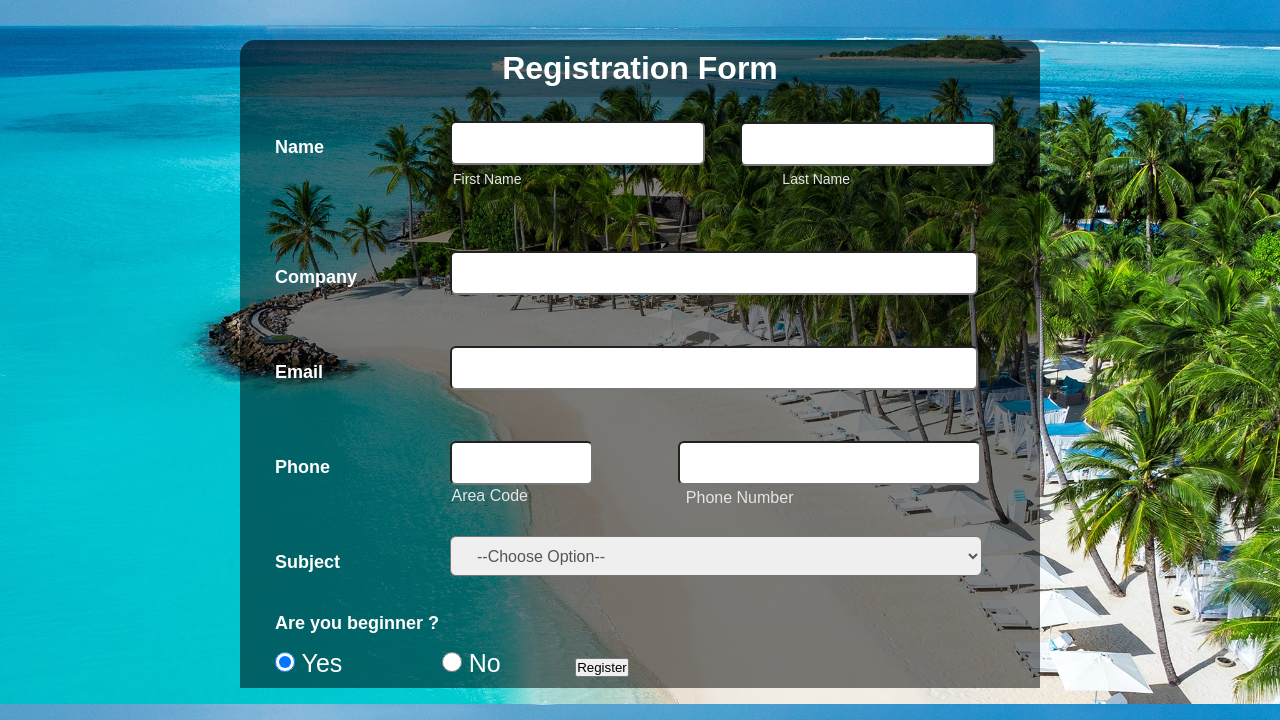
Repository: sudeepa88/Registration-Form
Page: registration.html
The author's editor kept a copy of each file at every save. The page is drawn from the files as they stood at one save, then again after the next save.
The browser window is 1280 px wide. The pictures show the whole page.

Above is the page before, as saved 2022-01-11 23:55:52.

### registration.html
<!DOCTYPE html>
<html lang="en">
<head>
    <meta charset="UTF-8">
    <meta http-equiv="X-UA-Compatible" content="IE=edge">
    <meta name="viewport" content="width=device-width, initial-scale=1.0">
    <title>Document</title>
    <style type="text/css">
        *{
            margin:0;
            padding:0;
        }
       body{
           background-image: url(img/beach.jpeg);
           background-position: center;
           background-size: cover;
           font-family: sans-serif;
           margin-top: 40px;
       }
       .regform{
           width: 800px;
           background-color: rgb(0,0,0,0.6);
           margin:auto;
           color: #FFFFFF;
           padding: 10px 0px 10px 0px;
           text-align:  center;
           border-radius: 15px 15px 0px 0px;

       }
    .main{
        background-color: rgb(0,0,0,0.5);
        width:800px;
        margin: auto;

    }
    form{
        padding:10px;

    }
   #name{
       width: 100%;
       height: 100px;
   }
   .name{
       margin-left: 25px;
       margin-top: 30px;
       width: 125px;
       color: #FFFFFF;
       font-size: 18px;
       font-weight: 700;
   }
   .firstname{
       position: relative;
       left:200px;
       top:-37px;
       line-height: 40px;
       border-radius: 6px;
       padding: 0 22px;
       font-size: 16px;
   }
   .lastname{
       position:relative;
       left:417px;
       top:-80px;
       line-height: 40px;
       border-radius: 6px;
       padding:0 22px;
       font-size:16px;
       color:#555;
   }
   .firstlabel{
       position: relative;
       color: #E5E5E5;
       text-transform: capitalize;
       font-size: 14px;
       left:203px;
       top: -45px;
   }
   .lastlabel{
    position: relative;
       color: #E5E5E5;
       text-transform: capitalize;
       font-size: 14px;
       left:200px;
       top: -45px;
   }
   .company{
       position: relative;
       left: 200px;
       top:-37px;
       line-height: 40px;
       width: 480px;
       border-radius: 6px;
       padding: 0 22px;
       font-size: 16px;
       color:#555;
   }
   .email{
    position: relative;
       left: 200px;
       top:-37px;
       line-height: 40px;
       width: 480px;
       border-radius: 6px;
       padding: 0 22px;
       font-size: 16px;
       color:#555;

   }
   .code{
    position: relative;
       left: 200px;
       top:-37px;
       line-height: 40px;
       width: 95px;
       border-radius: 6px;
       padding: 0 22px;
       font-size: 16px;
       color:#555;

   }
   .number{
    position: relative;
       left: 200px;
       top:-37px;
       line-height: 40px;
       width: 255px;
       border-radius: 6px;
       padding: 0 22px;
       font-size: 16px;
       color:#555;
   }
   .area-code{
       position: relative;
       color: #E5E5E5;
       text-transform: capitalize;
       font-size: 16px;
       left:54px;
       top:-4px;
   }
   .phone-number{
    position: relative;
       color: #E5E5E5;
       text-transform: capitalize;
       font-size: 16px;
       left:-100px;
       top:-2px;
   }
   .option{
    position: relative;
       left: 200px;
       top:-37px;
       line-height: 40px;
       width: 532px;
       height: 40px;
       border-radius: 6px;
       padding: 0 22px;
       font-size: 16px;
       color:#555;
       outline: none;
       overflow: hidden;
   }
   .option option{
       font-size: 20px;
   }
   #student{
       margin-left:25px;
       color:white;
       font-size: 18px;
   }
   .radio{
       display: inline-block;
       padding-right: 70px;
       font-size: 25px;
       margin-left: 25px;
       margin-top: 15px;
       color: white;
   }
   .radio input{
       width: 20px;
       height: 20px;
       border-radius: 50%;
       cursor: pointer;
       outline: none;
   }
   button{

   }
    </style>
</head>
<body>
    <div class="regform"><h1>Registration Form </h1></div>

    <div class="main">
        <form>
             <div id="name">
                 <h2 class="name">Name</h2>
                 <input class ="firstname" type="rext" name="first_name"><br>
                 <label class="firstlabel">first name</label>
                 <input class="lastname" type="text" name="last_name">
                 <label class="lastlabel">last name</label>


             </div>
             <h2 class="name">Company</h2>
             <input class="company" type="text" name="company">

             <h2 class="name">Email</h2>
             <input class="email" type="text" name="email">

             <h2 class="name">Phone</h2>
             <input class="code" type="text" name="area_code">
             <label class="area-code">Area Code </label>
             <input class="number" type="text" name="phone">
             <label class="phone-number">Phone Number</label>

             <h2 class="name">Subject</h2>
             <select class="option" name="subject">
                 <option disabled="disabled" selected="selected">--Choose Option--</option>

                 <option>Subject 1</option>
                 <option>Subject 2</option>
                 <option>Subject 3</option>
                 <option>Subject 4</option>
             </select>
             <h2 id="student">Are you beginner ? </h2>
             <label class="radio">
                 <input class="radio-one" type="radio" checked="checked" name="">
                 <span class="checkmark"></span>
                 Yes
             </label>


             <label class="radio">
                <input class="radio-two" type="radio"  name="">
                <span class="checkmark"></span>
                No
            </label>

            <button type="submit">Register</button>
        </form>
    </div>
</body>
</html>

After the next save:
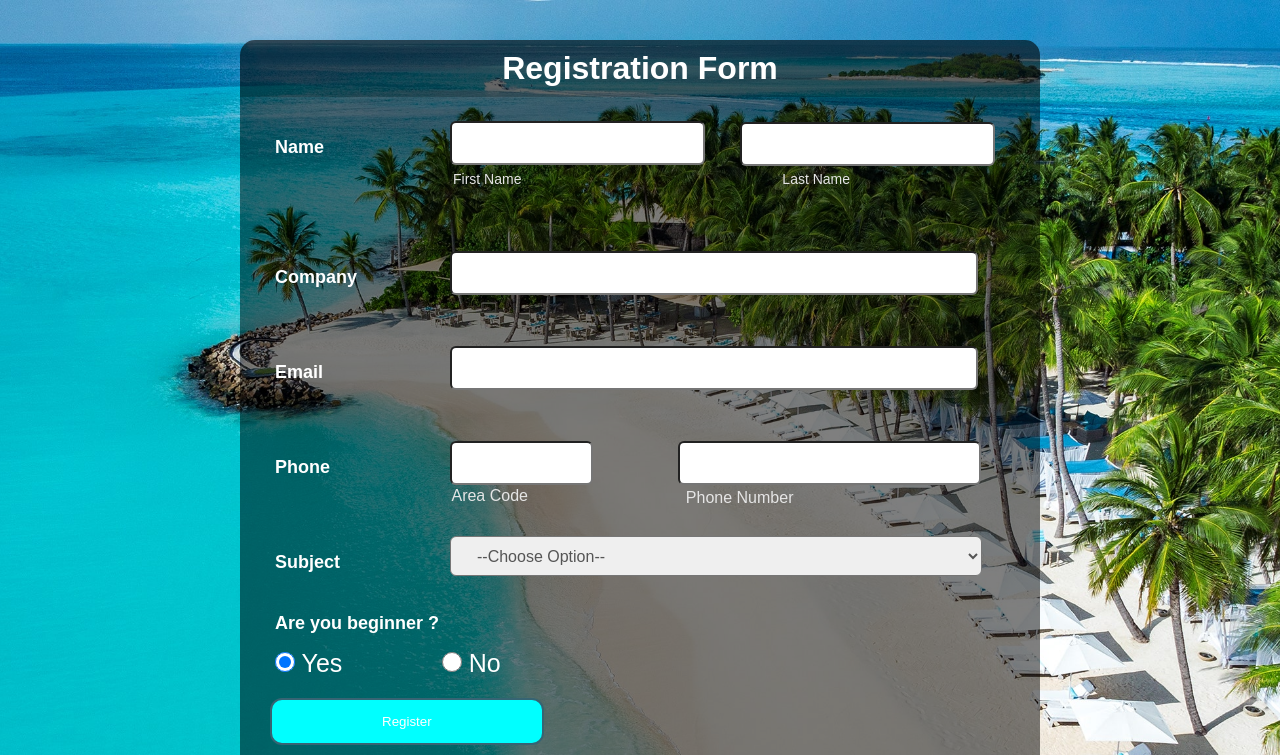
Saved 6 min 37 s later.
--- a/registration.html
+++ b/registration.html
@@ -184,7 +184,20 @@
        outline: none;
    }
    button{
-
+       background-color: aqua;
+       display: block;
+       margin: 20px 0px 0px 20px;
+       text-align: center;
+       border-radius: 12px;
+       border: 2px solid #366473;
+       padding:14px 110px;
+       outline:none;
+       color: white;
+       cursor: pointer;
+       transition: 0.25px;
+   }
+   button:hover{
+       background-color: azure;
    }
     </style>
 </head>
